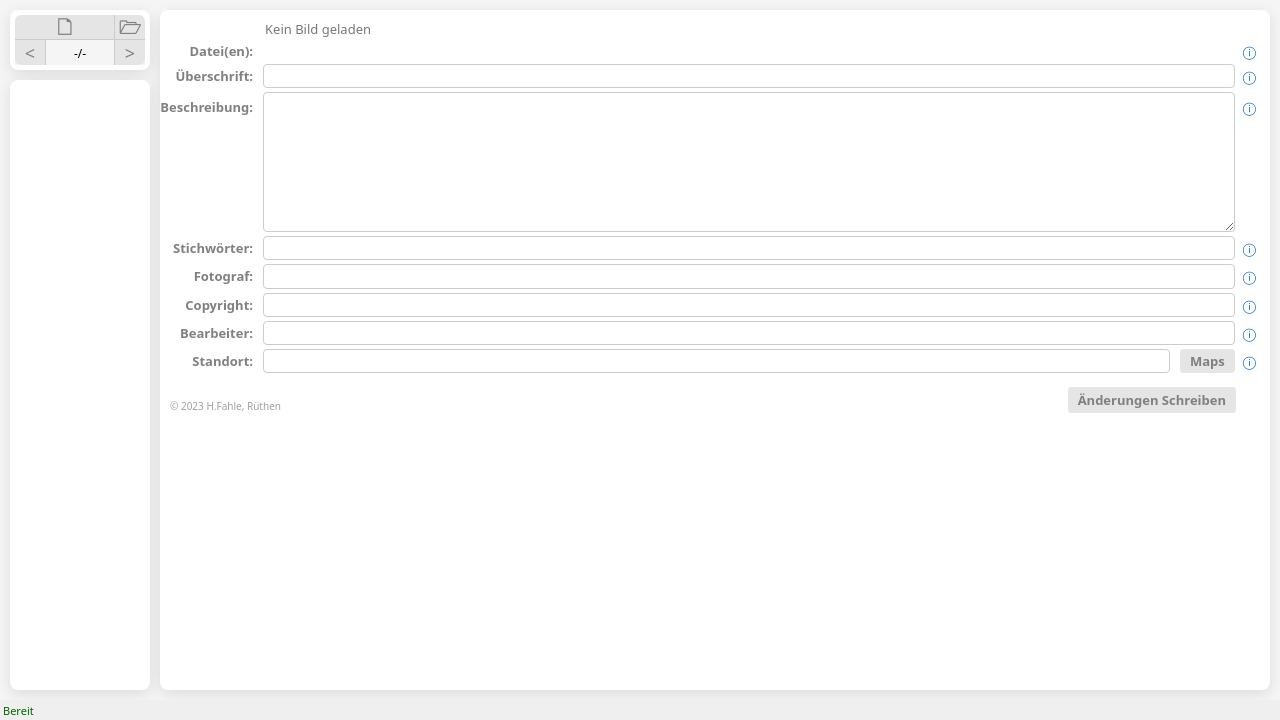
Repository: h-fahle/metadata
Page: ui/index.html
These files come from the project's save history. The page is drawn as it stood at one moment and after the next save; the edit follows.
The browser window is 1280 px wide. The pictures show the whole page.

Above is the page before, as saved 2026-08-29 15:03:45.
Console error: TypeError: Cannot read properties of undefined (reading 'core')

### ui/index.html
<!DOCTYPE html>
<html lang="de">

<head>
	<meta charset="UTF-8">
	<title>Metadaten Editor</title>
	<script src="script.js" defer></script>
	<link rel="stylesheet" href="style.css">
</head>

<body>

	<main id="main-container">

		<!-- Das Vorschaubild links -->
<!-- 		<aside id="sidebar">
			<div class="split-button-container">
				<div class="main-row">
					<button class="img-select-btn open-files"  data-ordner="false" data-mehrfach="true">
						&#x1F5CB;<div class="tooltip-box">Bilddatei(en) öffnen</div>
					</button>
					<button class="img-select-btn open-folder" data-ordner="true" data-mehrfach="false">
						&#x1F5C1;<div class="tooltip-box">Ordner öffnen</div>
					</button>
				</div>
				<div class="pager-row">
					<button class="pager-btn prev-btn" data-schritt="-1">&lt;</button>
					<div id="img-nummer" class="pager-display">-/-</div>
					<button class="pager-btn next-btn" data-schritt="1"">&gt;</button>
				</div>
			</div>

			<img id="vorschau-bild" src="" style="display:none;" />
			<div id="bild-info" style="text-align:center;">
				<span id="img-datum"></span><br>
				<span id="img-groesse"></span>
			</div>
		</aside>
 -->

<aside id="sidebar">
    <!-- Obere Kachel -->
			<div class="split-button-container">
				<div class="main-row">
					<button class="img-select-btn open-files"  data-ordner="false" data-mehrfach="true">
						&#x1F5CB;<div class="tooltip-box">Bilddatei(en) öffnen</div>
					</button>
					<button class="img-select-btn open-folder" data-ordner="true" data-mehrfach="false">
						&#x1F5C1;<div class="tooltip-box">Ordner öffnen</div>
					</button>
				</div>
				<div class="pager-row">
					<button class="pager-btn prev-btn" data-schritt="-1">&lt;</button>
					<div id="img-nummer" class="pager-display">-/-</div>
					<button class="pager-btn next-btn" data-schritt="1"">&gt;</button>
				</div>
			</div>

    <!-- Untere Kachel -->
    <div id="preview-card">
        <img id="vorschau-bild" src="" style="display:none;" />
        <div id="bild-info" style="text-align:center;">
            <span id="img-datum"></span><br>
            <span id="img-groesse"></span>
        </div>
    </div>
</aside>

		<!-- Das Formular rechts -->
		<section id="form-container">

			<div id="ordner-pfad">Kein Bild geladen</div>

			<div class="form-row">
				<label for="filename">Datei(en):</label>
				<div id="dynamischerBereich" style="width: 100%;">
					<!-- Input- / oder Select-Element -->
				</div>
				<div class="tooltip-container">
					<span class="info-icon">ⓘ</span>
					<div class="tooltip-box">Im Einzelmodus: Änderung des Dateinamens bewirkt Umbenennung der Datei.
						Im Stapelmodus: Dateinamen sind nicht änderbar.!
					</div>
				</div>
			</div>

			<div class="form-row">
				<label for="caption">Überschrift:</label>
				<input type="text" id="caption" name="caption" />
				<div class="tooltip-container">
					<span class="info-icon">ⓘ</span>
					<div class="tooltip-box">Auch: (Dokument-)Titel, Schlagzeile, Headline
					</div>
				</div>
			</div>

			<div class="form-row form-row-top">
				<label for="description">Beschreibung:</label>
				<textarea id="description" name="description"></textarea>
				<div class="tooltip-container">
					<span class="info-icon">ⓘ</span>
					<div class="tooltip-box">Beschreibender Text in beliebiger Länge.
						(Im Stapelmodus wird der eingegebene Text
						&nbsp;&nbsp; an vorhandenen angehängt.)
						Hinweis: Einige Programme zeigen nur 2.000 Zeichen
						&nbsp;&nbsp; oder auch weniger an.
					</div>
				</div>
			</div>

			<div class="form-row">
				<label for="keywords">Stichwörter:</label>
				<input type="text" id="keywords" name="keywords" />
				<div class="tooltip-container">
					<span class="info-icon">ⓘ</span>
					<div class="tooltip-box">Komma-separierte Liste. Groß-/Kleinschreibung beachten.
						Im Stapelmodus werden die eingegebenen Stichwörter
						&nbsp;&nbsp; an vorhandene angehängt.
					</div>
				</div>
			</div>

			<div class="form-row">
				<label for="creator">Fotograf:</label>
				<input type="text" id="creator" name="creator" />
				<div class="tooltip-container">
					<span class="info-icon">ⓘ</span>
					<div class="tooltip-box">Urheber, Ersteller, Autor
						(Tags: Artitst, Creator, By-line)
					</div>
				</div>
			</div>

			<div class="form-row">
				<label for="copyright">Copyright:</label>
				<input type="text" id="copyright" name="copyright" />
				<div class="tooltip-container">
					<span class="info-icon">ⓘ</span>
					<div class="tooltip-box">Urheberrechtshinweis; enthält in der Regel:
						Name des Fotografen, Aufnahmejahr und Nutzungsrechte;
						(z.B. 'Copyright [1975] [Mustermann], Alle Rechte vorbehalten')
					</div>
				</div>
			</div>

			<div class="form-row">
				<label for="editor">Bearbeiter:</label>
				<input type="text" id="editor" name="editor" />
				<div class="tooltip-container">
					<span class="info-icon">ⓘ</span>
					<div class="tooltip-box">Verfasser der Metadaten
						(Tags: Caption Writer, Writer Editor)
					</div>
				</div>
			</div>

			<div class="form-row">
				<label for="position">Standort:</label>
				<input type="text" id="position" name="position" />
				<button type="button" class="maps-trigger-btn">Maps</button>
				<div class="tooltip-container">
					<span class="info-icon">ⓘ</span>
					<div class="tooltip-box">GPS-Koordinaten in Dezimalgrad (z.B.: 51.49129, 8.43317).
						Ermitteln der Koordinaten in der Google Maps-Karte:
						&nbsp; 1. mit rechter Maustaste auf den Standort klicken,
						&nbsp; 2. auf die angezeigten Koordinaten klicken,
						&nbsp; 3. der so gespeicherte Wert kann mit Strg+V
						&nbsp;&nbsp;&nbsp;&nbsp;&nbsp;&nbsp; hier eingefügt werden.
					</div>
				</div>
			</div>

			<!-- Button-Leiste -->
			<div class="button-group">
				<div id="app-copyright">
					© 2023 H.Fahle, Rüthen
					<div class="tooltip-box">Dieses Programm ist freie Software unter den Bedingungen der GNU GPLv3.
						Es wird OHNE JEDE GARANTIE zur Verfügung gestellt.
					</div>
				</div>
				<button type="button" id="btn-exif-schreiben">Änderungen Schreiben</button>
			</div>

		</section> <!-- Ende der form-containers-->
	</main> <!-- Ende des main-containers -->

	<footer id="statusleiste">
		<div id="statustext">
			Bereit
		</div>
	</footer>


</body>

</html>

### ui/style.css
:root {
	--app-font: system-ui, -apple-system, "Segoe UI", Roboto, Helvetica, Arial, sans-serif;
	--app-font-size: 13px;
}

/* 1. Das App-Fenster exakt auf 100% fixieren (kein äußeres Scrollen) */
html,
body {
	margin: 0;
	padding: 0;
	height: 100vh;
	width: 100vw;
	overflow: hidden;
	/* Verhindert jegliche äußere Scrollbalken */
	background: #f5f5f5;
	display: flex;
	flex-direction: column;
	/* Hauptinhalt oben, Statusleiste unten */
	font-family: var(--app-font);
	font-size: var(--app-font-size);
}

input,
textarea,
button,
selectx {
	font-family: var(--app-font) !important;
	font-size: var(--app-font-size) !important;
}

/* Allumfassender Box-Sizing-Fix für die gesamte App */
*,
*::before,
*::after {
	box-sizing: border-box;
}

/* 2. Der Hauptbereich füllt den gesamten oberen Platz aus --------------------------- */
#main-container {
	flex: 1;
	display: flex;
	flex-direction: row;
	/* Elemente nebeneinander */
	gap: 10px;
	padding: 10px;
	overflow: hidden;
	/* Verhindert, dass Riesen-Inhalte das Fenster sprengen */
}



/* 3. LINKS: Die Sidebar mit fester Breite */
#sidebar {
	width: 140px;
	min-width: 140px;
	/* Transparenz, damit der Hintergrund des Hauptfensters durchscheint */
	background-color: transparent;
	box-shadow: none;
	padding: 0;

	/* Flex-Container für die zwei vertikalen Kacheln */
	display: flex;
	flex-direction: column;
	gap: 10px;
	/* Der Spalt zwischen obiger und unterer Kachel */
}

/* Kachel 1: Nur der Button-Container */
.split-button-container {
	background-color: #ffffff;
	border-radius: 8px;
	padding: 5px;
	box-shadow: 0 4px 15px rgba(0, 0, 0, 0.1);
}

/* Kachel 2: Bild + Info-Text darunter */
#preview-card {
	flex: 1;
	background-color: #ffffff;
	border-radius: 8px;
	padding: 5px;
	box-shadow: 0 4px 15px rgba(0, 0, 0, 0.1);
}

#vorschau-bild {
	max-width: 130px;
	margin: 2px auto;
	height: auto;
}



/* 4. RECHTS: Das Formular nimmt den gesamten Rest ein und wächst mit */
#form-container {
	flex: 1;
	/* Nimmt 100% des restlichen Platzes ein */
	min-width: 0;
	/* Erlaubt Flexbox, die Box bei Bedarf zu verkleinern */
	background-color: #ffffff;
	border-radius: 8px;
	padding: 10px;
	display: flex;
	flex-direction: column;
	gap: 4px;
	box-shadow: 0 4px 15px rgba(0, 0, 0, 0.1);
}

#ordner-pfad {
	margin-left: 95px !important;
	color: #777777;
}

/* Jede Zeile wird zu einer horizontalen Flexbox */
.form-row {
	display: flex !important;
	flex-direction: row;
	align-items: center;
	/* Richtet Label und Input vertikal mittig zueinander aus */
	gap: 10px;
	/* Abstand zwischen Label und Input */
	width: 100%;
}

/* Die Labels bekommen eine feste Breite, damit alle Inputs sauber untereinander starten */
.form-row label {
	width: 95px;
	/* Breite je nach längstem Label-Text anpassen */
	min-width: 95px;
	/* Verhindert, dass das Label zusammengedrückt wird */
	text-align: right;
	/* Optional: Richtet den Text rechtsbündig zum Input aus */
	color: gray;
	font-weight: bold;
	margin-left: -12px;
}

/* Die Eingabefelder füllen jetzt den gesamten restlichen Platz der Zeile aus */
.form-row input,
.form-row textarea {
	flex: 1;
	/* Zwingt das Input-Feld, den Rest der Zeile einzunehmen */
	width: 100%;
	min-width: 0;
	/* Erlaubt dem Input, bei sehr kleinen Fenstern stabil zu schrumpfen */
	border: 1px solid #ccc;
	border-radius: 4px;
	padding: 2px 4px;
	line-height: 1.4;
	-webkit-font-smoothing: antialiased;
	outline: none;
}

input#filename {
	font-weight: bold;
}


.form-row select {
	/* 1. Setzt das native Design auf ALLEN Plattformen zurück */
	-webkit-appearance: none;
	/* Für Chrome, Safari, WebKitGTK, Edge, Opera */
	-moz-appearance: none;
	/* Für Firefox */
	appearance: none;
	/* Der moderne, offizielle W3C-Standard */

	/* 2. Plattformübergreifender Text-Fix für Unterlängen (g, j, y) */
	line-height: 1.4;
	/* 1.5 bietet genug Puffer für Linux- & Windows-Fonts */
	padding: 2px;
	/* Rechts Platz für den eigenen Pfeil */
	width: 100%;
	height: 24px;

	/* 3. Textglättung für macOS, Windows und Linux */
	-webkit-font-smoothing: antialiased;
	-moz-osx-font-smoothing: grayscale;

	/* 4. tandard-Design für die Box */
	background-color: #ececec;
	border: 1px solid #ccc;
	border-radius: 4px;
	box-sizing: border-box;
	/* Verhindert Layout-Verschiebungen */
	outline: none;
	color: gray;
}

.form-row textarea {
	min-height: 140px;
}

.form-row input:focus-visible,
.form-row textarea:focus-visible {
	outline: 2px solid gray;
}

/* Ändert die Ausrichtung für die Textarea-Zeile nach oben */
.form-row-top {
	align-items: flex-start !important;
	/* Richtet Label, Textarea und Icon oben aus */
}

.form-row-top label,
.form-row-top .tooltip-container {
	padding-top: 6px;
	/* Verhindert, dass das Label zu weit oben klebt */
}


/* 5. UNTEN: Die Statusleiste mit fixer Höhe und eigenem Scrollbalken */
#statusleiste {
	height: 20px;
	/* Feste Höhe für ca. 2 Zeilen Text */
	min-height: 20px;
	background-color: #efefef;
	font-size: 11px;
	color: #444;
	padding: 3px;
	overflow-y: auto;
	/* Vertikaler Scrollbalken erscheint NUR bei Bedarf */
	overflow-x: hidden;
	/* Verhindert horizontales Scrollen in der Statusleiste */
	-webkit-font-smoothing: antialiased;
}

#statustext {
	color: darkgreen;
}


/* Bedien-Elemente -------------------------------------------- */
button {
	padding: 3px 10px;
	font-weight: bold;
	cursor: pointer;
	border: none;
	background-color: #e5e5e5;
	color: gray;
}

button:hover {
	background-color: gray;
	color: white;
}

.button-group button,
.form-row button {
	border-radius: 4px;
}

#app-copyright {
	margin-right: auto;
	padding-top: 12px;
	font-size: 10px;
	color: #a0a0a0;
}

/* ------------------------------------------------------------------------------ */
/* Container hält die Steuer-Buttons zusammen */

/* Obere Reihe */
.main-row {
	height: 25px;
	display: flex;
	border-bottom: 1px solid #ccc;
	/* Trennlinie zur zweiten Reihe */
}

/* Untere Reihe */
.pager-row {
	height: 25px;
	display: flex;
	align-items: center;
	background-color: #f5f5f5;
}

/* Gemeinsames Design für die Button-Teile */
.open-files,
.open-folder,
.prev-btn,
.next-btn {
	font-size: 18px !important;
	padding: 0;
	cursor: pointer;
	transition: background-color 0.2s;
}

.prev-btn,
.next-btn {
	font-weight: normal;
}

/* Hauptbutton oben links */
.open-files {
	width: 100%;
	border-top-left-radius: 6px;
	border-right: 1px solid #ccc
}

/* Pfeilbutton oben rechts */
.open-folder {
	width: 30%;
	border-top-right-radius: 6px;
}

/* Blätter-Buttons unten links und rechts */
.pager-btn {
	width: 30px;
	height: 100%;
	display: flex;
	align-items: center;
	justify-content: center;
	transition: background-color 0.2s;
}

.prev-btn {
	border-bottom-left-radius: 6px;
}

.next-btn {
	border-bottom-right-radius: 6px;
}

.pager-display {
	height: 100%;
	flex-grow: 1;
	/* Nimmt den gesamten Platz in der Mitte ein */
	text-align: center;
	font-size: 12px;
	padding: 5px 0;
	border-left: 1px solid #ccc;
	border-right: 1px solid #ccc;
	user-select: none;
	/* Verhindert versehentliches Markieren beim Klicken */
}



/* Der Absendeknopf richtet sich nach den Eingabefeldern aus */
.button-group {
	display: flex;
	justify-content: flex-end;
	margin: 10px 24px 0 0;
}

.button-group button {
	margin-left: 5px;
}


/* Tooltip ---------------------------------------------------------- */

/* Container für das Icon und die Box */
.tooltip-container {
	position: relative;
	/* Wichtig, damit sich die Box am Icon ausrichtet */
	display: inline-flex;
	align-items: center;
	cursor: help;
	/* Zeigt das Fragezeichen/Hilfe-Symbol als Mauszeiger */
	margin-left: -6px;
}

/* Das Info-Icon selbst */
.info-icon {
	color: #0066cc;
	/* Schönes Info-Blau */
	padding: 0 4px;
	font-size: 13px;
}

.tooltip-box {
	display: none;
	position: fixed;

	width: max-content;
	max-width: 400px;
	/* Verhindert, dass der Tooltip bei sehr viel Text das Fenster sprengt */
	white-space: pre-line;

	background-color: lightyellow;
	color: black;
	border: 1px solid gray;
	padding: 2px 4px;
	border-radius: 6px;
	font-size: 11px;
	line-height: 1.4;
	box-shadow: 0 4px 10px rgba(0, 0, 0, 0.2);
	z-index: 1001;
	/* Über der Statusleiste (1000), falls sie sich überschneiden */

	/* Verschiebt den Tooltip komplett nach links,
     sodass seine rechte Kante am Cursor sitzt */
	transform: translate(-100%, 40%);
	*/
	/* Animation & Verstecken */
	transition: opacity 0.2s ease-in-out, visibility 0.2s;
	pointer-events: none;
	/* Verhindert, dass die Box beim unabsichtlichen Drüberfahren flackert */
}

/* Zeige den Tooltip nur, wenn die Maus über dem Container ist */
.tooltip-container:hover .tooltip-box {
	display: block;
}

.img-select-btn:hover .tooltip-box,
#app-copyright:hover .tooltip-box {
	transform: none;
	font-weight: normal;
	display: block;
}

Loaded but not shown: ui/script.js (461 lines, source omitted)

After the next save:
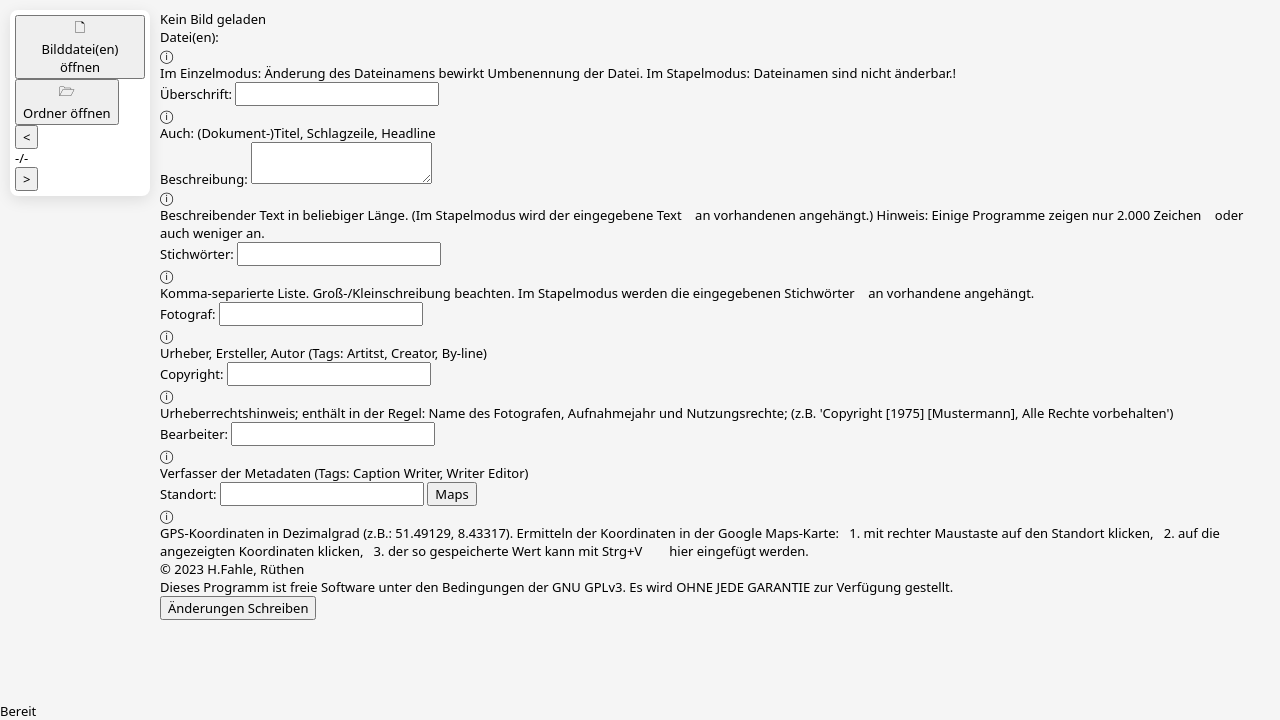
Saved 8 min 5 s later.
--- a/ui/style.css
+++ b/ui/style.css
@@ -22,8 +22,7 @@
 
 input,
 textarea,
-button,
-selectx {
+button {
 	font-family: var(--app-font) !important;
 	font-size: var(--app-font-size) !important;
 }
@@ -48,7 +47,7 @@
 }
 
 
-
+/* ------------------------------------------------------------------------------------- */
 /* 3. LINKS: Die Sidebar mit fester Breite */
 #sidebar {
 	width: 140px;
@@ -57,15 +56,14 @@
 	background-color: transparent;
 	box-shadow: none;
 	padding: 0;
-
 	/* Flex-Container für die zwei vertikalen Kacheln */
 	display: flex;
 	flex-direction: column;
 	gap: 10px;
-	/* Der Spalt zwischen obiger und unterer Kachel */
-}
-
-/* Kachel 1: Nur der Button-Container */
+}
+
+/* Kachel 1: Button-Container */
+/* Die Buttons sieh unten */
 .split-button-container {
 	background-color: #ffffff;
 	border-radius: 8px;
@@ -75,7 +73,7 @@
 
 /* Kachel 2: Bild + Info-Text darunter */
 #preview-card {
-	flex: 1;
+	flex: 1;   /* gesamte restliche Höhe
 	background-color: #ffffff;
 	border-radius: 8px;
 	padding: 5px;
@@ -88,8 +86,7 @@
 	height: auto;
 }
 
-
-
+/* ------------------------------------------------------------------------------------- */
 /* 4. RECHTS: Das Formular nimmt den gesamten Rest ein und wächst mit */
 #form-container {
 	flex: 1;
@@ -154,7 +151,6 @@
 	font-weight: bold;
 }
 
-
 .form-row select {
 	/* 1. Setzt das native Design auf ALLEN Plattformen zurück */
 	-webkit-appearance: none;
@@ -208,6 +204,7 @@
 }
 
 
+/* ------------------------------------------------------------------------------------- */
 /* 5. UNTEN: Die Statusleiste mit fixer Höhe und eigenem Scrollbalken */
 #statusleiste {
 	height: 20px;
@@ -256,8 +253,9 @@
 	color: #a0a0a0;
 }
 
+
 /* ------------------------------------------------------------------------------ */
-/* Container hält die Steuer-Buttons zusammen */
+/* Buttons im Button-Container oben links */
 
 /* Obere Reihe */
 .main-row {

After the save that followed:
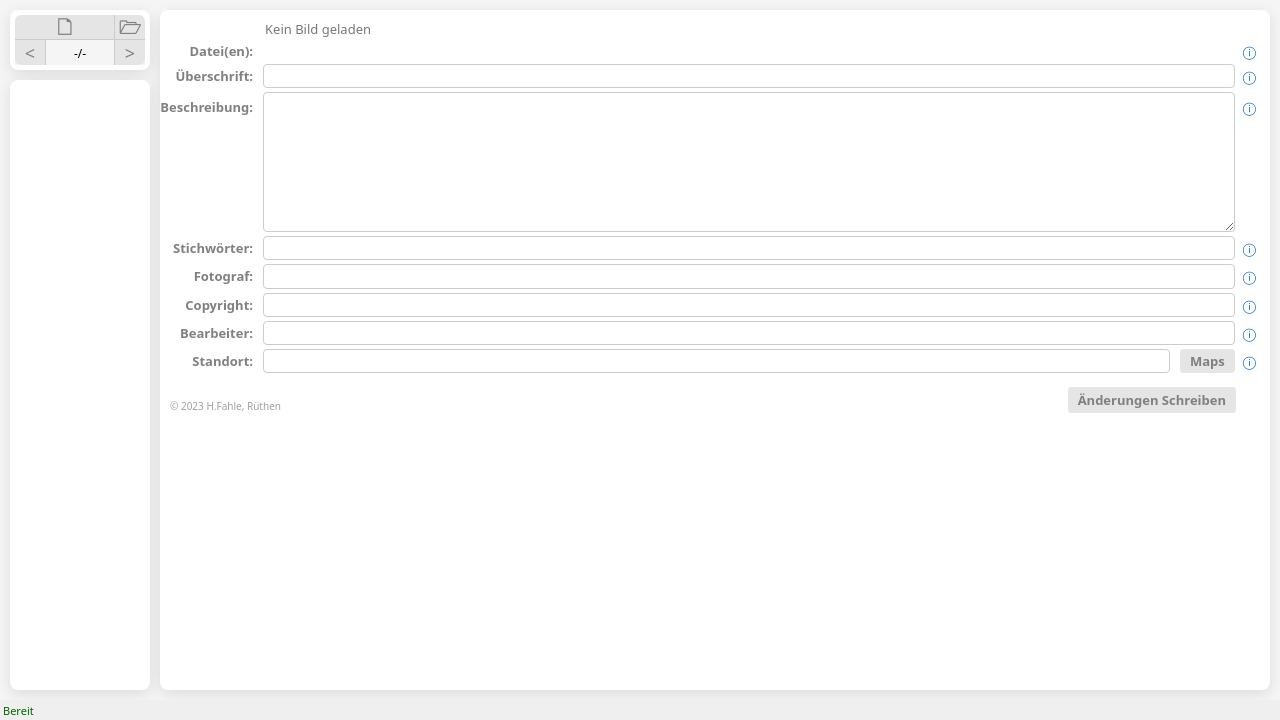
Saved 11 s later.
--- a/ui/style.css
+++ b/ui/style.css
@@ -73,7 +73,7 @@
 
 /* Kachel 2: Bild + Info-Text darunter */
 #preview-card {
-	flex: 1;   /* gesamte restliche Höhe
+	flex: 1;   /* gesamte restliche Höhe */
 	background-color: #ffffff;
 	border-radius: 8px;
 	padding: 5px;
